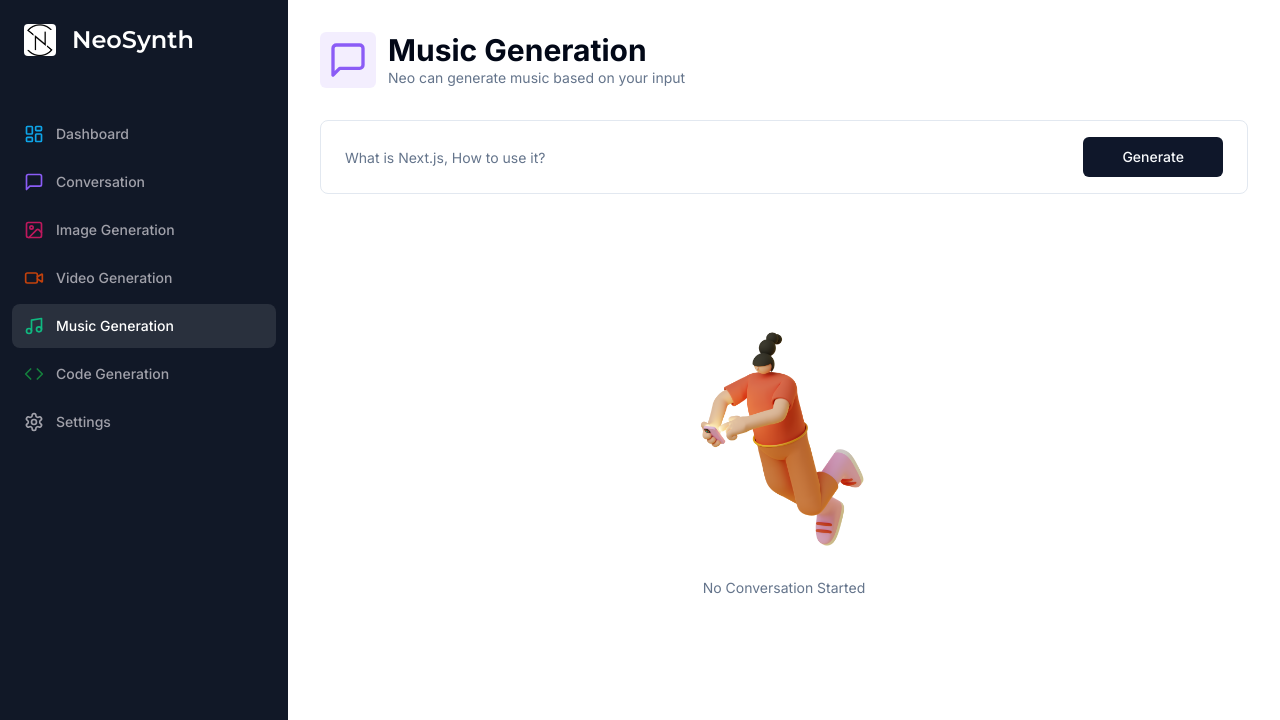
Repository: tathagat22/NeoSynth
Page: /music
An editor plug-in stored every save of this project. The page is shown before and after the next save, followed by the edit.
The browser window is 1280 px wide. The pictures show the whole page.
The page's requests for data from a server got no answer. The project was rebuilt for these pictures with package versions that can differ from the ones it lists, and the page was loaded fresh each time. Some packages were replaced by stand-ins written for this rebuild. The framework's server and built-in components were replaced by stand-ins that run in the browser. No one was signed in, and anything a server would have sent is missing. Also part of the build but not shown: next.config.js, components/ui/label.tsx, components/loader.tsx, components/ui/avatar.tsx, components/user-avatar.tsx, components/bot-avatar.tsx.

Above is the page before, as saved 2023-09-01 00:20:28.

After the next save:
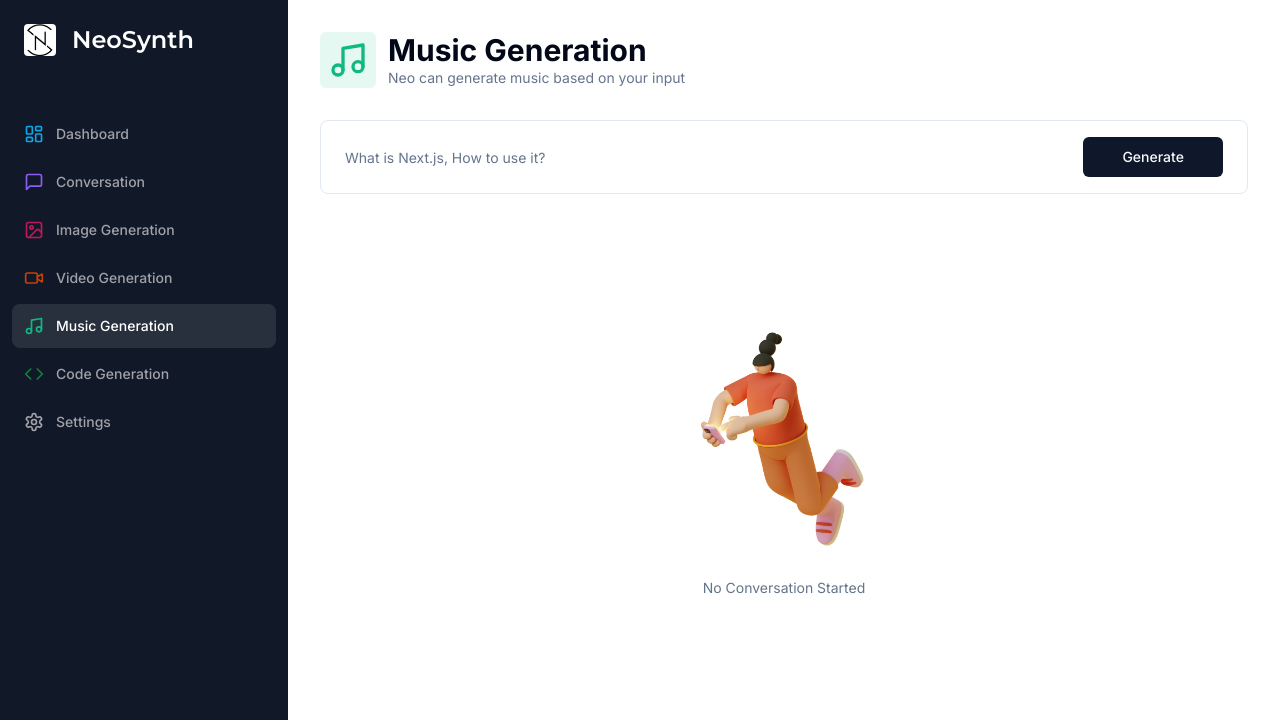
Saved 30 s later.
--- a/app/(dashboard)/(routes)/music/page.tsx
+++ b/app/(dashboard)/(routes)/music/page.tsx
@@ -2,7 +2,7 @@
 
 import * as z from "zod";
 import { Heading } from "@/components/heading";
-import { MessageSquare } from "lucide-react";
+import { MessageSquare, Music } from "lucide-react";
 import { useForm } from "react-hook-form";
 import { formSchema } from "./constants";
 import { zodResolver } from "@hookform/resolvers/zod";
@@ -57,9 +57,9 @@
       <Heading
         title="Music Generation"
         description="Neo can generate music based on your input"
-        icon={MessageSquare}
-        iconColor="text-violet-500"
-        bgColor="bg-violet-500/10"
+        icon={Music}
+        iconColor="text-emerald-500"
+        bgColor="bg-emerald-500/10"
       />
       <div className="px-4 lg:px-8">
         <div>
